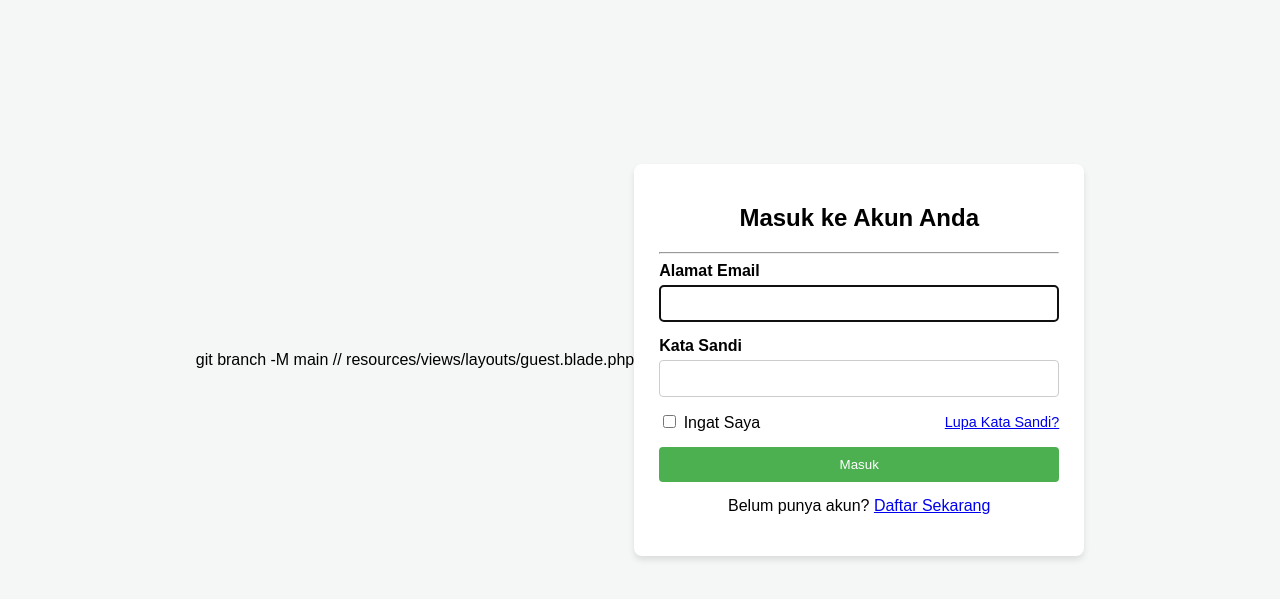
Repository: haritswijaya95/crud-laravel
Page: http://localhost/login
The author's editor kept a copy of each file at every save. The page is drawn from the files as they stood at one save, then again after the next save.
The browser window is 1280 px wide. The pictures show the whole page.
The page is served by the project's Laravel application, run on PHP 8.4 with Laravel 12. Other server files are loaded and not shown.

Above is the page before, as saved 2026-01-07 01:14:44.

### app/Providers/AppServiceProvider.php
<?php

namespace App\Providers;

use Illuminate\Support\ServiceProvider;

class AppServiceProvider extends ServiceProvider
{


// app/Providers/RouteServiceProvider.php

    public const HOME = '/produk'; // Ubah dari /dashboard ke /produk
    /**
     * Register any application services.
     */
    public function register(): void
    {
        //
    }

    /**
     * Bootstrap any application services.
     */
    public function boot(): void
    {
        //


    }
}

### routes/web.php
<?php

use Illuminate\Support\Facades\Route;
use App\Http\Controllers\ProdukController;
use App\Http\Controllers\UserController;
use App\Http\Controllers\IndexController;
use App\Http\Controllers\Auth\AuthenticatedSessionController;
use App\Http\Controllers\Auth\RegisteredUserController;
use App\Http\Controllers\Auth\PasswordResetLinkController;
use App\Http\Controllers\Auth\NewPasswordController;

/*
|--------------------------------------------------------------------------
| Public Routes
|--------------------------------------------------------------------------
*/
Route::get('/', function () {
    return view('pages.welcome');
});

/*
|--------------------------------------------------------------------------
| Guest Routes (Hanya bisa diakses jika BELUM login)
|--------------------------------------------------------------------------
*/
Route::middleware('guest')->group(function () {
    // Login
    Route::get('/login', function () { return view('auth.login'); })->name('login');
    Route::post('/login', [AuthenticatedSessionController::class, 'store']);

    // Register
    Route::get('/register', function () { return view('auth.register'); })->name('register');
    Route::post('/register', [RegisteredUserController::class, 'store']);

    // Forgot Password
    Route::get('/forgot-password', function () { return view('auth.forgot-password'); })->name('password.request');
    Route::post('/forgot-password', [PasswordResetLinkController::class, 'store'])->name('password.email');

    // Reset Password
    Route::get('/reset-password/{token}', function ($token) {
        return view('auth.reset-password', ['token' => $token]);
    })->name('password.reset');
    Route::post('/reset-password', [NewPasswordController::class, 'store'])->name('password.update');
});

/*
|--------------------------------------------------------------------------
| Authenticated Routes (Hanya bisa diakses jika SUDAH login)
|--------------------------------------------------------------------------
*/
Route::middleware(['auth', 'verified'])->group(function () {

    // Dashboard
    Route::get('/dashboard', function () {
        return view('pages.dashboard');
    })->name('dashboard');

    // CRUD Produk - Menggunakan Resource agar lebih bersih
    // Ini otomatis mencakup index, create, store, edit, update, destroy, show
    Route::resource('produk', ProdukController::class);

    // Logout
    Route::post('logout', [AuthenticatedSessionController::class, 'destroy'])->name('logout');

    // User Management
    Route::get('/users', [UserController::class, 'index'])->name('users.index');
    Route::resource('index', IndexController::class);
});

### resources/views/auth/login.blade.php
@extends('layouts.guest')

@section('title', 'Masuk ke Akun Anda')git branch -M main

@section('content')
    @if (session('status'))
        <div style="color: green; margin-bottom: 15px;">
            {{ session('status') }}
        </div>
    @endif

    <form method="POST" action="{{ route('login') }}">
        @csrf

        <div class="form-group">
            <label for="email">Alamat Email</label>
            <input id="email" type="email" name="email" value="{{ old('email') }}" required autofocus>
            @error('email')
                <span class="error-message">{{ $message }}</span>
            @enderror
        </div>

        <div class="form-group">
            <label for="password">Kata Sandi</label>
            <input id="password" type="password" name="password" required autocomplete="current-password">
            @error('password')
                <span class="error-message">{{ $message }}</span>
            @enderror
        </div>

        <div class="form-group" style="display: flex; justify-content: space-between; align-items: center;">
            <div>
                <input type="checkbox" name="remember" id="remember">
                <label for="remember" style="display: inline; font-weight: normal;">Ingat Saya</label>
            </div>

            @if (Route::has('password.request'))
                <a href="{{ route('password.request') }}" style="font-size: 0.9em;">
                    Lupa Kata Sandi?
                </a>
            @endif
        </div>

        <button type="submit" class="btn-primary">
            Masuk
        </button>

        <p class="text-center">
            Belum punya akun? <a href="{{ route('register') }}">Daftar Sekarang</a>
        </p>
    </form>
@endsection

### resources/views/layouts/guest.blade.php
// resources/views/layouts/guest.blade.php

<!DOCTYPE html>
<html lang="{{ str_replace('_', '-', app()->getLocale()) }}">
<head>
    <meta charset="utf-8">
    <meta name="viewport" content="width=device-width, initial-scale=1">
    <title>{{ config('app.name', 'Laravel') }} | @yield('title')</title>

    <style>
        body { font-family: sans-serif; background-color: #f4f7f6; display: flex; justify-content: center; align-items: center; min-height: 100vh; margin: 0; }
        .auth-container { background: white; padding: 25px; border-radius: 8px; box-shadow: 0 4px 6px rgba(0, 0, 0, 0.1); width: 100%; max-width: 400px; }
        .form-group { margin-bottom: 15px; }
        .form-group label { display: block; margin-bottom: 5px; font-weight: bold; }
        .form-group input[type="email"], .form-group input[type="password"], .form-group input[type="text"] { width: 100%; padding: 10px; border: 1px solid #ccc; border-radius: 4px; box-sizing: border-box; }
        .btn-primary { background-color: #4CAF50; color: white; padding: 10px 15px; border: none; border-radius: 4px; cursor: pointer; width: 100%; }
        .text-center { text-align: center; margin-top: 15px; }
        .error-message { color: red; font-size: 0.9em; margin-top: 5px; }
    </style>
</head>
<body>
    <div class="auth-container">
        <h2 class="text-center">@yield('title')</h2>
        <hr>
        @yield('content')
    </div>
</body>
</html>

After the next save:
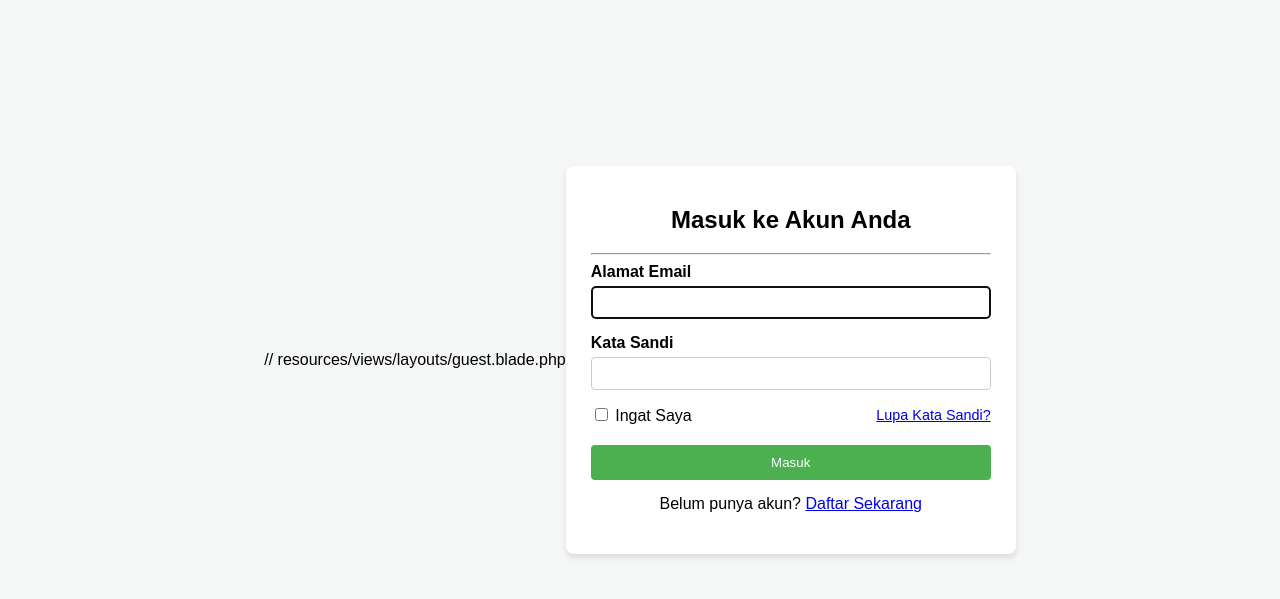
Saved 12 days later.
--- a/resources/views/auth/login.blade.php
+++ b/resources/views/auth/login.blade.php
@@ -1,10 +1,11 @@
 @extends('layouts.guest')
 
-@section('title', 'Masuk ke Akun Anda')git branch -M main
+@section('title', 'Masuk ke Akun Anda')
 
 @section('content')
+    {{-- Menampilkan Status (misal setelah reset password) --}}
     @if (session('status'))
-        <div style="color: green; margin-bottom: 15px;">
+        <div style="color: green; margin-bottom: 15px; font-weight: bold;">
             {{ session('status') }}
         </div>
     @endif
@@ -12,23 +13,23 @@
     <form method="POST" action="{{ route('login') }}">
         @csrf
 
-        <div class="form-group">
-            <label for="email">Alamat Email</label>
-            <input id="email" type="email" name="email" value="{{ old('email') }}" required autofocus>
+        <div class="form-group" style="margin-bottom: 15px;">
+            <label for="email" style="display: block;">Alamat Email</label>
+            <input id="email" type="email" name="email" value="{{ old('email') }}" required autofocus style="width: 100%; padding: 8px;">
             @error('email')
-                <span class="error-message">{{ $message }}</span>
+                <span class="error-message" style="color: red; font-size: 0.8em;">{{ $message }}</span>
             @enderror
         </div>
 
-        <div class="form-group">
-            <label for="password">Kata Sandi</label>
-            <input id="password" type="password" name="password" required autocomplete="current-password">
+        <div class="form-group" style="margin-bottom: 15px;">
+            <label for="password" style="display: block;">Kata Sandi</label>
+            <input id="password" type="password" name="password" required autocomplete="current-password" style="width: 100%; padding: 8px;">
             @error('password')
-                <span class="error-message">{{ $message }}</span>
+                <span class="error-message" style="color: red; font-size: 0.8em;">{{ $message }}</span>
             @enderror
         </div>
 
-        <div class="form-group" style="display: flex; justify-content: space-between; align-items: center;">
+        <div class="form-group" style="display: flex; justify-content: space-between; align-items: center; margin-bottom: 20px;">
             <div>
                 <input type="checkbox" name="remember" id="remember">
                 <label for="remember" style="display: inline; font-weight: normal;">Ingat Saya</label>
@@ -41,11 +42,11 @@
             @endif
         </div>
 
-        <button type="submit" class="btn-primary">
+        <button type="submit" class="btn-primary" style="width: 100%; padding: 10px; cursor: pointer;">
             Masuk
         </button>
 
-        <p class="text-center">
+        <p class="text-center" style="margin-top: 15px; text-align: center;">
             Belum punya akun? <a href="{{ route('register') }}">Daftar Sekarang</a>
         </p>
     </form>
